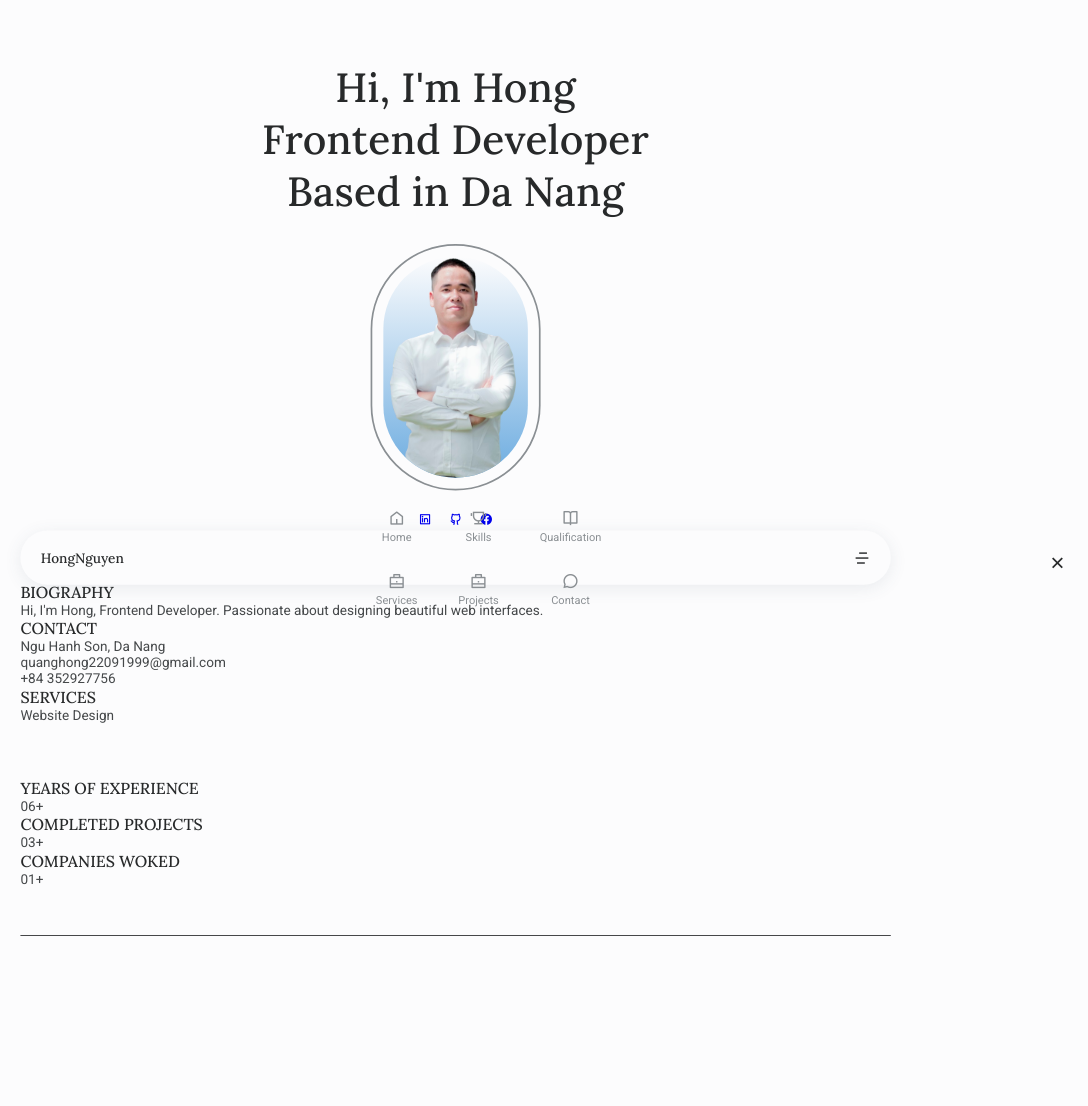
Repository: hnguyeng/myportfoliohongnguyen
Page: index.html
An editor plug-in stored every save of this project. The page is shown before and after the next save, followed by the edit.
The browser window is 1280 px wide. The pictures show the whole page, at 85% of full size.
Some web libraries are served in a nearby version.

Above is the page before, as saved 2023-07-17 14:05:35.

### index.html
<!DOCTYPE html>
<html lang="en">
<head>
    <meta charset="UTF-8">
    <meta name="viewport" content="width=device-width, initial-scale=1.0">
    <title>Document</title>
    <link rel="stylesheet" href="./assets/css/style.css">
    <!-- remixicon -->
    <link href="https://cdn.jsdelivr.net/npm/remixicon@3.4.0/fonts/remixicon.css" rel="stylesheet">
    <!-- google fonts -->
    <link rel="preconnect" href="https://fonts.googleapis.com">
    <link rel="preconnect" href="https://fonts.gstatic.com" crossorigin>
    <link href="https://fonts.googleapis.com/css2?family=Inter:wght@600&family=Lobster&family=Lora:wght@400;500;600&family=Permanent+Marker&family=Poppins:wght@300;400;500;600;700;800;900&family=Roboto:wght@400;500&display=swap" rel="stylesheet">
</head>
<body>
    <!-- header -->
    <header class="header" id="header">
        <nav class="nav container">
            <a href="#" class="nav__logo">
                HongNguyen
            </a>
            <div class="nav__menu" id="nav-menu">
                <ul class="nav__list grid">
                    <li class="nav__item">
                        <a href="#home" class="nav__link">
                            <i class="ri-home-5-line"></i> Home
                        </a>
                    </li>
                    <li class="nav__item">
                        <a href="#skills" class="nav__link">
                            <i class="ri-trophy-line"></i> Skills
                        </a>
                    </li>
                    <li class="nav__item">
                        <a href="#qualification" class="nav__link">
                            <i class="ri-book-open-line"></i> Qualification
                        </a>
                    </li>
                    <li class="nav__item">
                        <a href="#services" class="nav__link">
                            <i class="ri-briefcase-line"></i> Services
                        </a>
                    </li>
                    <li class="nav__item">
                        <a href="#projects" class="nav__link">
                            <i class="ri-briefcase-line"></i> Projects
                        </a>
                    </li>
                    <li class="nav__item">
                        <a href="#contact" class="nav__link">
                            <i class="ri-chat-3-line"></i> Contact
                        </a>
                    </li>

                </ul>
                <!-- close button -->
                <div class="nav__close" id="nav-close">
                    <i class="ri-close-line"></i>
                </div>
            </div>
            <div class="nav__buttons">
                <!-- Theme change button -->
                <!-- <i class="ri-moon-line change theme" id="theme-button"></i> -->
                <!-- Toggle button -->
                <div class="nav__toggle" id="nav-toggle">
                    <i class="ri-menu-4-line"></i>
                </div>
            </div>
        </nav>
    </header>
    <!-- main -->
    <main class="main">
        <!-- ==============HOME=============== -->
        <section class="home section" id="home">
            <div class="home__container container grid section__border">
                <div class="home__data grid">
                    <h1 class="home__title">
                        Hi, I'm Hong <br>
                        Frontend Developer <br>
                        Based in Da Nang <br>
                    </h1>
                    <div class="home__blob grid">
                        <div class="home__perfil">
                            <img src="./assets/imgs/perfil.png" alt="home perfil">
                        </div>
                        <!-- <img src="./assets/imgs/shape-wawes.svg" alt="" class="home__shape-wawes"> -->
                        <!-- <img src="./assets/imgs/shape-circle.svg" alt="" class="home__shape-circle"> -->
                    </div>
                    <ul class="home__social">
                        <a href="https://www.linkedin.com/in/hongnguyen22/" target="_blank" class="home__social-link">
                            <i class="ri-linkedin-box-line"></i>
                        </a>
                        <a href="https://github.com/hnguyeng" target="_blank" class="home__social-link">
                            <i class="ri-github-line"></i>
                        </a>
                        <a href="https://www.facebook.com/Hin229" target="_blank" class="home__social-link">
                            <i class="ri-facebook-circle-fill"></i>
                        </a>
                    </ul>
                </div>
                <!-- ==============HOME INFO 1=============== -->
                <div class="home__info">
                    <div>
                        <h3 class="home__info-title">
                            BIOGRAPHY
                        </h3>
                        <p class="home__info-description">
                            Hi, I'm Hong, Frontend Developer.
                            Passionate about designing beautiful web interfaces.
                        </p>
                    </div>

                    <div>
                        <h3 class="home__info-title">
                            CONTACT
                        </h3>
                        <p class="home__info-description">
                            Ngu Hanh Son, Da Nang <br>
                            quanghong22091999@gmail.com <br>
                            +84 352927756 <br>
                        </p>
                        <h3 class="home__info-title">
                            SERVICES
                        </h3>
                        <p class="home__info-description">
                            Website Design <br>
                        </p>
                    </div>
                </div>
                <!-- ==============HOME INFO 2=============== -->
                <div class="home__info">
                    <div>
                        <h3 class="home__info-title">
                            YEARS OF EXPERIENCE
                        </h3>
                        <p class="home__info-number">
                        06+
                        </p>
                    </div>

                    <div>
                        <h3 class="home__info-title">
                            COMPLETED PROJECTS
                        </h3>
                        <p class="home__info-number">
                            03+
                        </p>
                        <h3 class="home__info-title">
                            COMPANIES WOKED
                        </h3>
                        <p class="home__info-number">
                            01+
                        </p>
                    </div>
                </div>
            </div>
        </section>
        <!-- ================SKILLS=========== -->
        <section class="skills section" id="skills"></section>
        <!-- =============QUALIFICATION============= -->
        <section class="qualification section" id="qualification"></section>
    </main>

    <script src="./assets/js/main.js"></script>
</body>
</html>

### assets/css/style.css
/* =============VARIABLES CSS============ */
:root {
    --header-height: 3.5rem;
    /* ========= Colors ========== */
    /*Colors mode HSL(hue, saturation, lightness)*/
    --first-color: hsl(207, 65%, 65%);
    --title-color: hsl(207, 4%, 16%);
    --text-color: hsl(207, 4%, 28%);
    --text-color-light: hsl(207, 4%, 56%);
    --body-color: hsl(207, 4%, 99%);
    /* Change the first number */
    /* Blue: 207 - Purple: 250 - Pink: 356 - Teal: 174 */
    --gradient-color: linear-gradient(180deg,
                         hsla(207, 48%, 72%, 0),
                         hsla(207, 65%, 65%, 1));
    /* ========== Font and typography ========== */
    /*.5rem = 8px | 1rem = 16px ... */
    --body-font: 'Roboto', sans-serif;
    --title-font: 'Lora', serif;
    --biggest-font-size: 1.5rem;
    --h1-font-size: 1.5rem;
    --h2-font-size: 1.25rem;
    --h3-font-size: 1rem;
    --normal-font-size:.938rem;
    --small-font-size:.813rem;
    --smaller-font-size:.75rem;
    --tiny-font-size:.625rem;
    /* ==========Font weight======== */
    --font-medium: 500;
    --font-semi-bold: 600;
    /* ===========z index======== */
    --z-normal: 1;
    --z-tooltip: 10;
    --z-fixed: 100;
}
/* Reponsive typographt */
@media screen and (min-width: 1024px) {
    :root {
        --biggest-font-size: 3rem;
        --h1-font-size: 2.25rem;
        --h2-font-size: 1.rem;
        --h3-font-size: 1.25rem;
        --normal-font-size: 1rem;
        --small-font-size: .875rem;
        --smaller-font-size: .813rem;
        --tiny-font-size: .688rem;
    }
}
/* ===============BASE============= */
*{
    margin: 0;
    padding: 0;
    box-sizing: border-box;
}
html{
    scroll-behavior: smooth;
}
body{
    font-family: var(--body-font);
    font-size: var(--normal-font-size);
    background-color:var(--body-color);
    color: var(--text-color);
}
h1,h2,h3{
    color: var(--title-color);
    font-family: var(--title-font);
    font-weight: var(--font-medium);
}
ul{
    list-style: none;
}
a{
    text-decoration: none;
}
img{
    width: 100%;
    height: auto;
}
/* ===========REUSABLE CSS CLASSES============ */
.container{
    max-width: 1024px;
    margin-inline: 1.5rem;
}
.grid{
    display: grid;
    gap: 1.5rem;
}
.section{
    padding-block: 2.5rem;
}
.section__border{
    border-bottom: 1px solid var(--title-color);
    padding-bottom: 3.5rem;
}
.section__title,
.section__subtitle{
    text-align: center;
}
.section__title{
    font-size: var(--h1-font-size);
    font-weight: var(--font-semi-bold);
    margin-bottom: .25rem;
}
.section__subtitle{
    display: block;
    font-size: var(--small-font-size);
    color: var(--text-color-light);
    margin-bottom: 3rem;
}
.main{
    overflow: hidden;
}
/* ============= HEADER AND NAV ============ */
.header{
    width: 100%;
    position: fixed;
    bottom: 2rem;
    left: 0;
    z-index: var(--z-fixed);
}
.nav{
    height: calc(var(--header-height) + .5rem);
    display: flex;
    justify-content: space-between;
    align-items: center;
    background-color: var(--body-color);
    box-shadow: 0 4px 20px hsla(207, 24%, 35%, .1);
    padding-inline: 1.5rem;
    border-radius: 3rem;
}
.nav__logo,
.nav__toggle,
.nav__close{
    color: var(--title-color);
}
.nav__logo{
    font-weight: var(--font-medium);
    font-family: var(--title-font);
}
.nav__toggle{
    display: flex;
    font-size: 1.25rem;
    cursor: pointer;
}
@media screen and (max-width:1023px) {
    .nav__menu{
        position: fixed;
        width: 88%;
        right: 0;
        left: 0;
        bottom: -60%;
        margin: 0 auto;
        background-color: var(--body-color);
        box-shadow: 0 4px 20px hsla(207, 24%, 35%, .1);
        padding: 2rem 1.5rem 5rem;
        border-radius: 2rem;
        transition: bottom .3s;
    }
}
.nav__list{
    grid-template-columns: repeat(3, max-content);
    justify-content: center;
    gap: 2rem 3rem;
}
.nav__link{
    display: flex;
    flex-direction: column;
    align-items: center;
    row-gap: .25rem;
    font-size: var(--smaller-font-size);
    color: var(--text-color-light);
    transition: color .3s;
}
.nav__link:hover{
    color: var(--title-color);
}
.nav__link i{
    font-size: 1.25rem;
}
.nav__close{
    position: absolute;
    right: 1.5rem;
    bottom: .7rem;
    font-size: 1.5rem;
    cursor: pointer;
}
/* Show menu  */
.show-menu{
    bottom: 2rem;
}
/* Active link  */
/* =================HOME=============== */
.home__container{
    row-gap: 4rem;
    padding-top: 2rem;
}
.home__data{
    row-gap: 1.5rem;
}
.home__title{
    text-align: center;
    font-size: var(--biggest-font-size);
    letter-spacing: .3px;
    margin-bottom: .5rem;
}
.home__blob{
    position: relative;
    width: 200px;
    height: 290px;
    background-color: var(--body-color);
    border: 2px solid var(--text-color-light);
    justify-self: center;
    border-radius: 6.25rem;
    place-items: center;
}
.home__perfil{
    width: 170px;
    height: 260px;
    background: var(--gradient-color);
    border-radius: 5.5rem;
    overflow: hidden;
    display: flex;
    justify-content: center;
    align-items: flex-end;
}
.home__perfil img{
    height: 260px;
    object-fit: cover;
}
.home__shape-wawes,
.home__shape-circle{
    position: absolute;
    opacity: .1;
}
.home__shape-wawes{
    width: 50px;
    left: -1.5rem;
    top: 5rem;
}
.home__shape-circle{
    width: 150px;
    bottom: -2rem;
    right: -3rem;
    transform: rotate(15deg);
    z-index: -1;
}
.home__social{
    justify-self: center;
    display: flex;
    column-gap: 1.25rem;
}

### assets/js/main.js
/*=============== SHOW MENU ===============*/
const navMenu = document.getElementById('nav-menu'),
      navToggle = document.getElementById('nav-toggle'),
      navClose = document.getElementById('nav-close')

/*===== MENU SHOW =====*/
/* Validate if constant exists */
if(navToggle){
    navToggle.addEventListener('click', () =>{
        navMenu.classList.add('show-menu')
    })
}

/*===== MENU HIDDEN =====*/
/* Validate if constant exists */
if(navClose){
    navClose.addEventListener('click', () =>{
        navMenu.classList.remove('show-menu')
    })
}
/*=============== REMOVE MENU MOBILE ===============*/
const navLink = document.querySelectorAll('.nav__link')

const linkAction = () =>{
    const navMenu = document.getElementById('nav-menu')
    // When we click on each nav__link, we remove the show-menu class
    navMenu.classList.remove('show-menu')
}
navLink.forEach(n => n.addEventListener('click', linkAction))

After the next save:
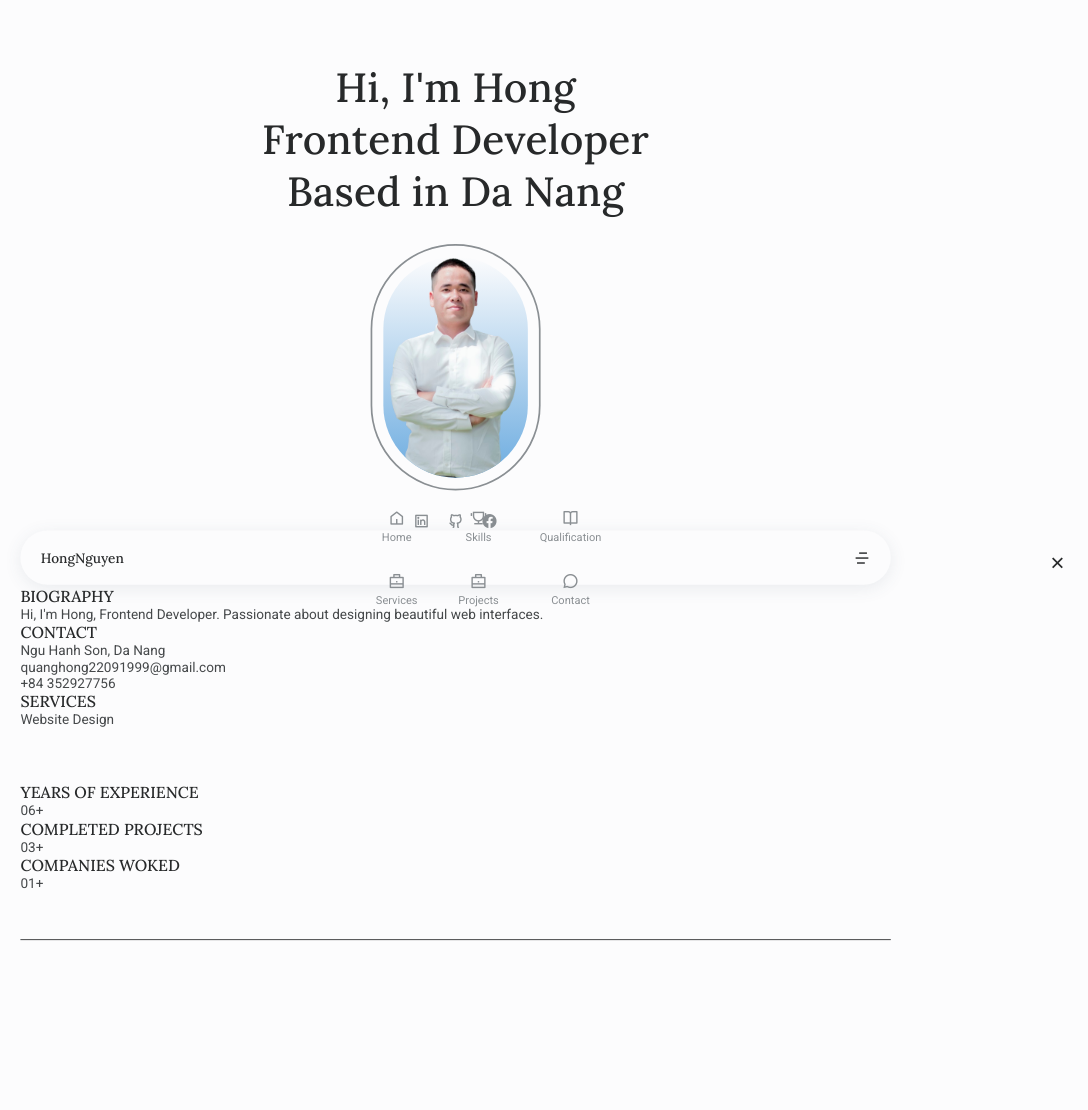
Saved 94 s later.
--- a/assets/css/style.css
+++ b/assets/css/style.css
@@ -249,3 +249,8 @@ img{
     display: flex;
     column-gap: 1.25rem;
 }
+.home__social-link{
+    font-size: 1.25rem;
+    color: var(--text-color-light);
+    transition: color .3s;
+}
